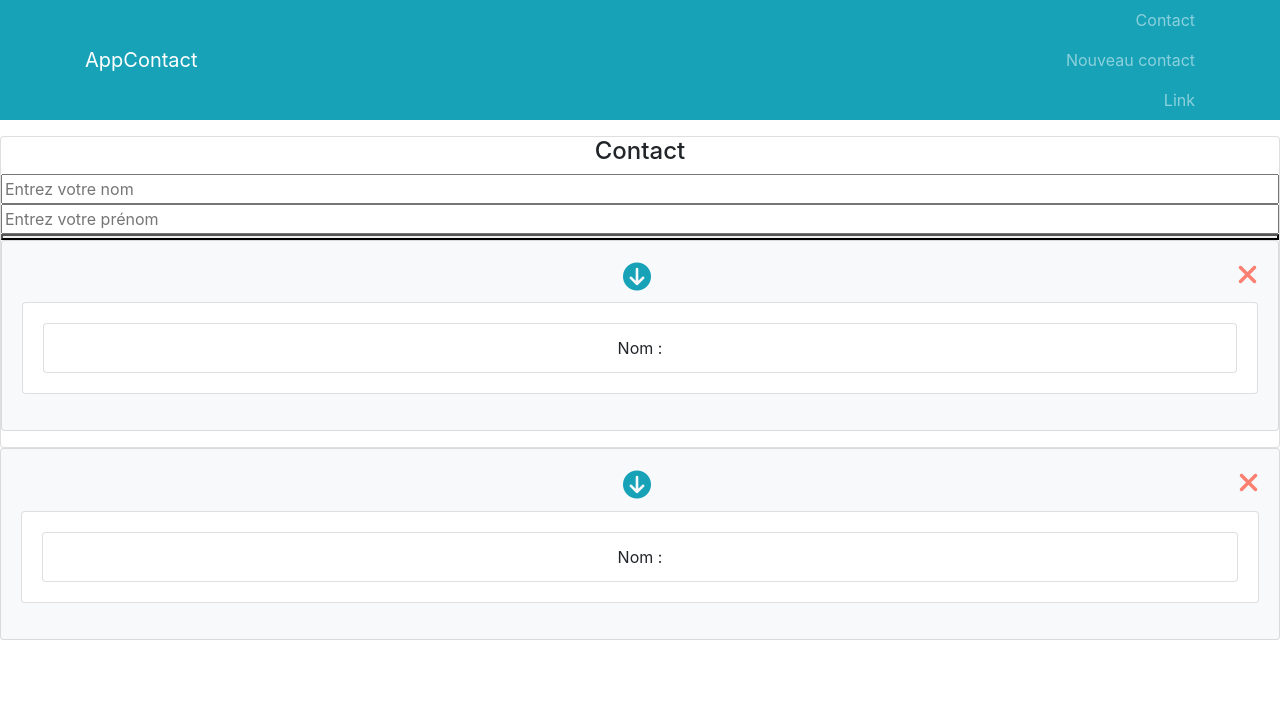
Repository: romgrm/appContact
Page: /
An editor plug-in stored every save of this project. The page is shown before and after the next save, followed by the edit.
The browser window is 1280 px wide. The pictures show the whole page.
Some web libraries are served in a nearby version. The project was rebuilt for these pictures with package versions that can differ from the ones it lists, and the page was loaded fresh each time. Also part of the build but not shown: src/Components/Liste.js.

Above is the page before, as saved 2020-12-03 16:46:13.

### public/index.html
<!DOCTYPE html>
<html lang="en">
  <head>
    <meta charset="utf-8" />
    <link rel="icon" href="%PUBLIC_URL%/favicon.ico" />
    <meta name="viewport" content="width=device-width, initial-scale=1" />
    <meta name="theme-color" content="#000000" />
    <meta
      name="description"
      content="Web site created using create-react-app"
    />
    <link rel="apple-touch-icon" href="%PUBLIC_URL%/logo192.png" />

    <link rel="manifest" href="%PUBLIC_URL%/manifest.json" />

    <title>React App</title>
  </head>
  <body>
    <noscript>You need to enable JavaScript to run this app.</noscript>
    <div id="root"></div>
    <script src="https://kit.fontawesome.com/f66925acc9.js" crossorigin="anonymous"></script>

  </body>
</html>

### src/App.js
import Header from './Components/Header'
import Liste from './Components/Liste'
import Contact from './Components/Contact'

import 'bootstrap/dist/css/bootstrap.min.css'
import AddContact from './Components/AddContact'


function App() {
  return (
    <div className="App">
       <Header />
      <AddContact />
      <Contact />
      {/* // <div className="container pt-4">
      //   <Contact />
      // </div> */}
    </div>
  );
}

export default App;

### src/Components/Header.js
import React, { Component } from 'react'

export default class Header extends Component {
    render() {
        return (
            <React.Fragment>
                <nav className="navbar navbar-dark bg-info mb-3 py-0">
                    <div className="container">
                        <a href="/" className="navbar-brand">AppContact</a>
                        <ul className="navbar-nav">
                            <li className="nav-item ml-auto">
                                <a className="nav-link " href="#">Contact</a>
                            </li>
                            <li className="nav-item ml-auto">
                                <a className="nav-link" href="#">Nouveau contact</a>
                            </li>
                            <li className="nav-item ml-auto">
                                <a className="nav-link" href="#">Link</a>
                            </li>
                        </ul>
                    </div>
                </nav>

            </React.Fragment>

        )
    }
}

### src/Components/Contact.js
import React, { Component } from 'react'

export default class Contact extends Component {

    state = {
        show: true,
    }



    // onChange = (event) => {
    //     this.setState({
    //         nom: event.target.value
    //     })
    //     //console.log(this.state.entreeClavier)
    // }

    // onSubmit = (event) => {
    //     event.preventDefault();
    //     this.setState({
    //         nom: '',
    //         nom: this.state.nom

    //     })
    // }

    // Fonction qui permet de faire l'inverse de show (tips: on fait une fonction flechée car les fonctions simple ne peuvent être référencées avec le this.nomdelafunction)
    display = () => {
        this.setState({
            show: !this.state.show
        }, console.log(this.state.show))
    }

    // Fonction qui permet de récupérer la fonction anonyme Delete() qui va permettre de supprimer un contact via son Id (l'id courant) et cette function va elle-même s'executer via le clic sur la croix
    // deleteContact = () => {
    //     this.props.Delete()
    // }

    render() {
        return (
            <div className="card card-body bg-light text-center mb-3">
                <p className="h3">{this.props.Contact}&nbsp; <i style={{cursor: 'pointer', color: '#18A2B8'}} className="fas fa-arrow-circle-down"
                onClick={this.display}></i>
                <i className="fas fa-times" style={{float:'right', cursor: 'pointer', color: 'salmon'}}
                // onClick={this.deleteContact}
                ></i>
                </p>
                {/*Opération ternaire qui permet de dire : est ce que le show de state est 'true' ? si oui, affiche moi les données, si non, return null, donc cache les */}
                {this.state.show ? (
                    <ul className="card card-body">
                    <li className="list-group-item"> Nom : {this.props.dataNom}</li>
                    {/* <li className="list-group-item"> Prénom : {this.props.Prenom}</li>
                    <li className="list-group-item"> Mail : {this.props.Mail}</li> */}
                </ul>
                ) : null}
            </div>
        )
    }
}

### src/Components/AddContact.js
import React, { Component } from 'react'
import Contact from './Contact'

export default class AddContact extends Component {

    state = {
        nom: '',
        prenom: '',
        mail: ''
    }

    onChange=(event) => {
        this.setState({
            nom: event.target.value,
            prenom: event.target.value,
            mail: event.target.value
        })
    }

    onSubmit=(event)=> {
        this.setState({
            nom: '',
            nom: this.state.nom
        }, console.log(this.state.nom))
    }
    render() {
        return (
            <div className="card body-card text-center">
                <h4>Contact</h4>
                <input
                name="Nom"
                placeholder="Entrez votre nom"
                onChange={this.onChange}
                value= {this.state.nom}
                ></input>
                <input
                name="Prenom"
                placeholder="Entrez votre prénom"
                onChange={this.onChange}
                value= {this.state.prenom}
                ></input>
                <button onClick={this.onSubmit}></button>
                <Contact
                dataNom = {this.state.nom}
                dataPrenom = {this.state.prenom}
                />
            </div>
        )
    }
}

Loaded but not shown: src/index.js (common file)

After the next save:
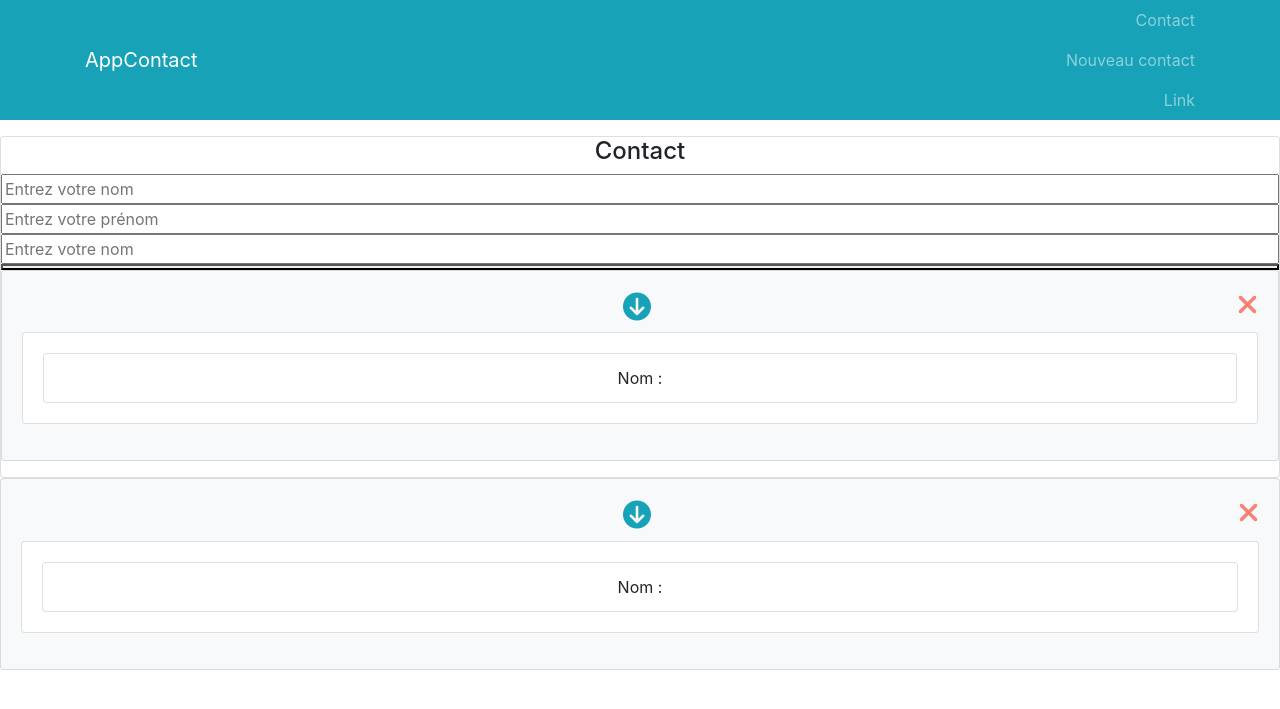
Saved 4 s later.
--- a/src/Components/AddContact.js
+++ b/src/Components/AddContact.js
@@ -39,6 +39,12 @@ export default class AddContact extends Component {
                 onChange={this.onChange}
                 value= {this.state.prenom}
                 ></input>
+                <input
+                name="Nom"
+                placeholder="Entrez votre nom"
+                onChange={this.onChange}
+                value= {this.state.nom}
+                ></input>
                 <button onClick={this.onSubmit}></button>
                 <Contact
                 dataNom = {this.state.nom}
